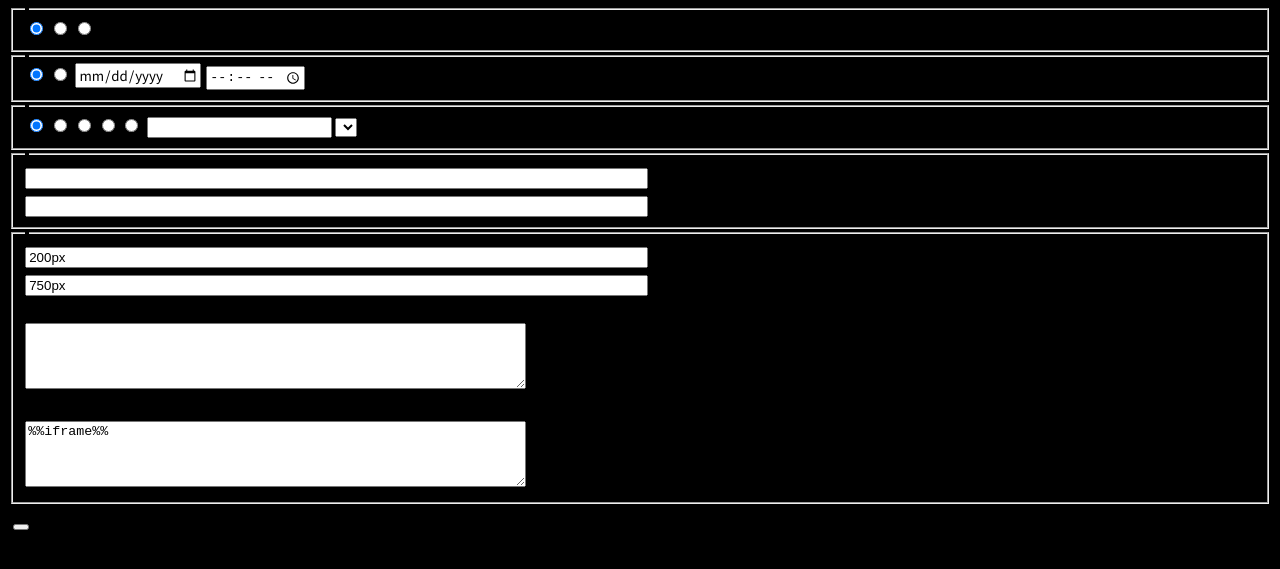
Repository: cirisus/ArknighTimer
Page: timer-selector.html
The author's editor kept a copy of each file at every save. The page is drawn from the files as they stood at one save, then again after the next save.
The browser window is 1280 px wide. The pictures show the whole page.
Some web fonts or font styles are not loaded; a fallback is used.

Above is the page before, as saved 2024-03-08 22:00:20.

After the next save:
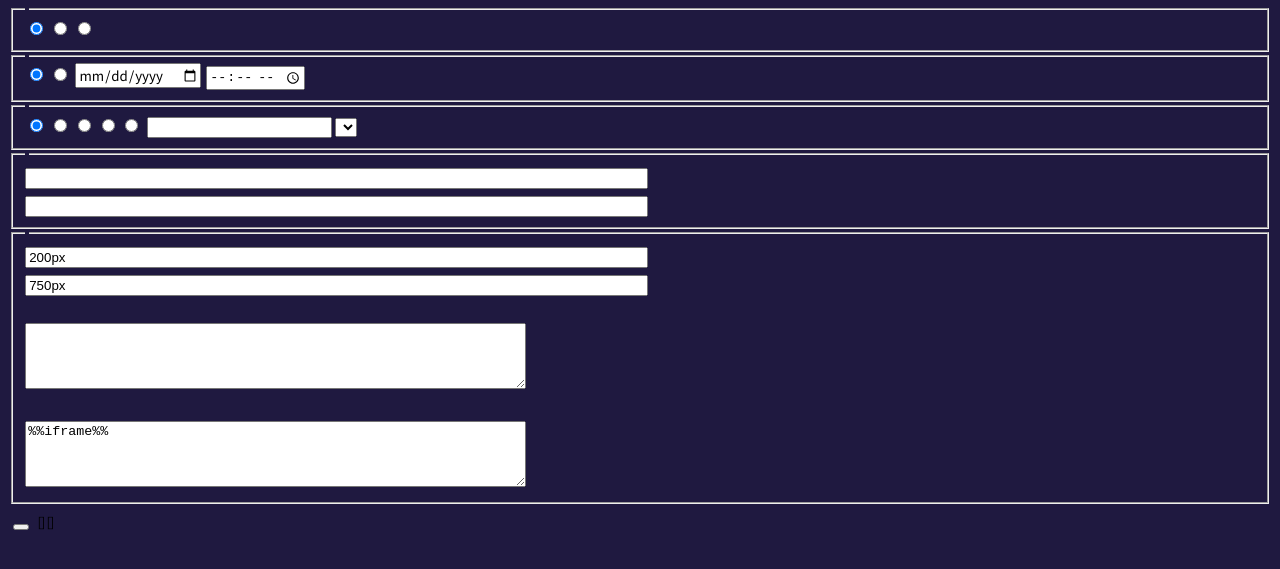
Saved 3 min 21 s later.
--- a/timer-selector.css
+++ b/timer-selector.css
@@ -9,7 +9,15 @@
 body {
   font-family: 'Bender','Noto Sans SC', sans-serif;
   letter-spacing: -.05em;
-  background-color: #000;
+  background-color: #1f1940;
+}
+#form-container {
+  display: flex;
+  flex-direction: column;
+  align-items: center;
+  justify-content: center;
+  backdrop-filter: blur(10px);
+
 }
 input[type="date" i] {
   font-family: 'Bender','Noto Sans SC', sans-serif;
